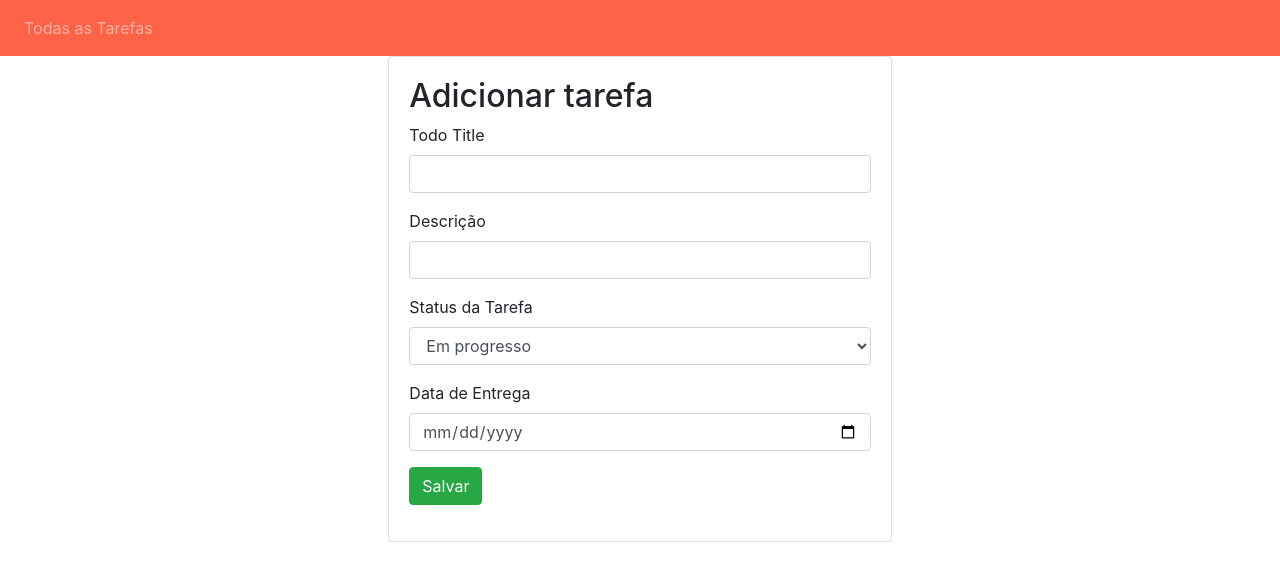
Repository: sophiaks/CRUD
Page: http://localhost/Projeto1/rameshForm.jsp
An editor plug-in stored every save of this project. The page is shown before and after the next save, followed by the edit.
The browser window is 1280 px wide. The pictures show the whole page.
The page is served by Tomcat 9. The template is opened directly, without the code that normally fills it, so the values that code supplies are empty.

Above is the page before, as saved 2020-09-21 18:08:55.

After the next save:
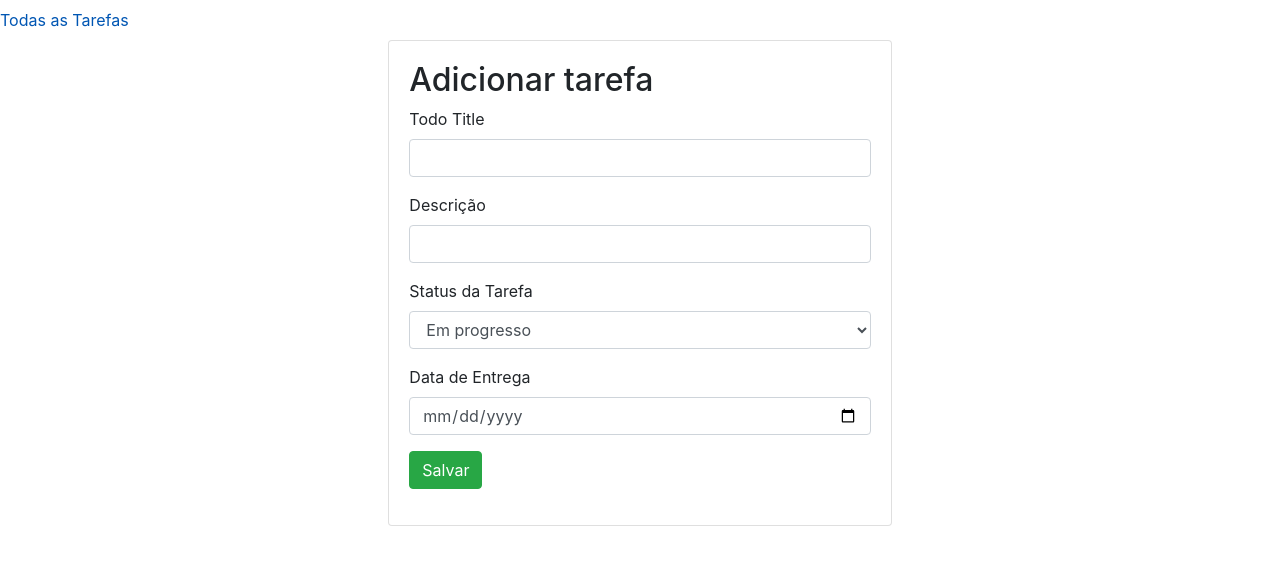
Saved 38 s later.
--- a/WorkspaceP1/Projeto1/WebContent/rameshForm.jsp
+++ b/WorkspaceP1/Projeto1/WebContent/rameshForm.jsp
@@ -15,9 +15,6 @@
 </head>
 <body>
 	<header>
-		<nav class="navbar navbar-expand-md navbar-dark"
-			style="background-color: tomato">
-
 			<ul class="navbar-nav">
 				<li><a href="<%=request.getContextPath()%>/lista.jsp"
 					class="nav-link">Todas as Tarefas</a></li>
